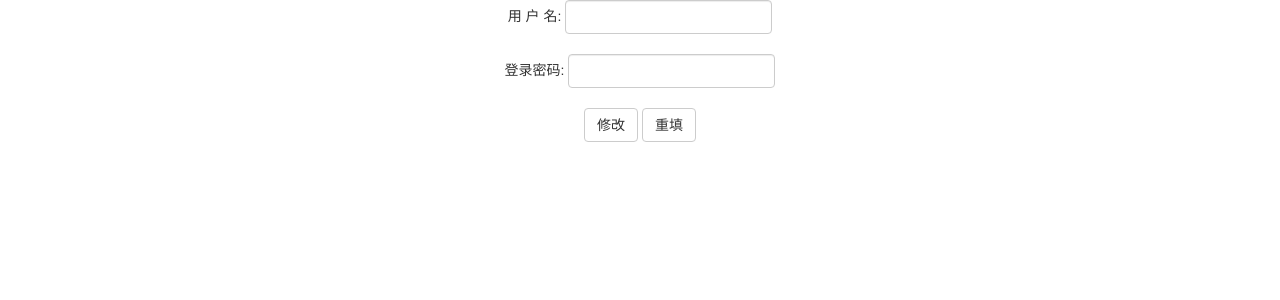
Repository: suxiaohutot/PHP
Page: http://localhost/xiugai.php
The author's editor kept a copy of each file at every save. The page is drawn from the files as they stood at one save, then again after the next save.
The browser window is 1280 px wide. The pictures show the whole page.
The page is run by PHP 8.4 with error messages shown; the project is at /var/www/html/.

Above is the page before, as saved 2019-11-01 08:55:15.

### test/xiugai.php
<html>
<head>
<meta charset="utf-8"/>
<link href="css/bootstrap.min.css" rel="stylesheet" />
	<style type="text/css">
	body{ text-align:center}
	</style>
</head>
</head>
<body>
	<form action="xiugai_chenge.php" method="post" class="container">
	<div class="form-inline">
		<div class="form-group">
			用  户  名:
            <input type="text" name="name" class="form-control"><br><br>
        	登录密码:
            <input type="password" name="password" size="20" maxlength="15" class="form-control"><br><br>

            <input type="submit" value="修改" class="btn btn-default">
            <input type="reset" value="重填" class="btn btn-default">
		</div>
	</div>

    </form>
</body>
</html>

Loaded but not shown: test/css/bootstrap.min.css (library)

After the next save:
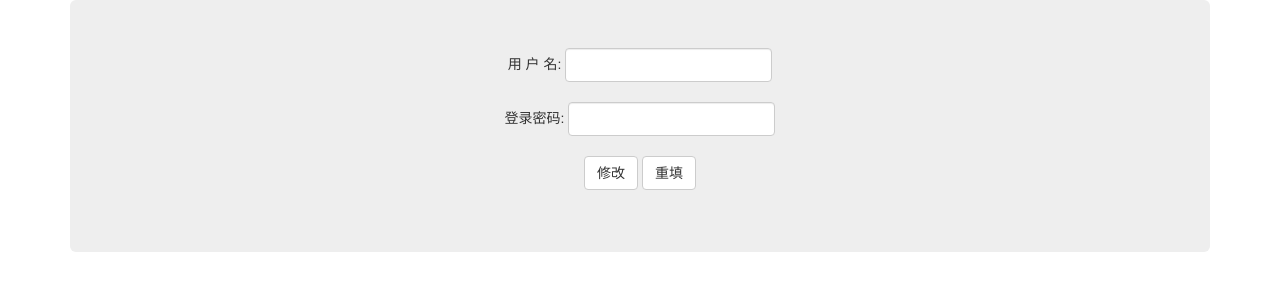
Saved 16 s later.
--- a/test/xiugai.php
+++ b/test/xiugai.php
@@ -8,19 +8,22 @@
 </head>
 </head>
 <body>
-	<form action="xiugai_chenge.php" method="post" class="container">
-	<div class="form-inline">
-		<div class="form-group">
-			用  户  名:
-            <input type="text" name="name" class="form-control"><br><br>
-        	登录密码:
-            <input type="password" name="password" size="20" maxlength="15" class="form-control"><br><br>
+<div class="container">
+	<div class="jumbotron">
+    	<form action="xiugai_chenge.php" method="post" class="container">
+    	<div class="form-inline">
+    		<div class="form-group">
+    			用  户  名:
+                <input type="text" name="name" class="form-control"><br><br>
+            	登录密码:
+                <input type="password" name="password" size="20" maxlength="15" class="form-control"><br><br>
 
-            <input type="submit" value="修改" class="btn btn-default">
-            <input type="reset" value="重填" class="btn btn-default">
-		</div>
-	</div>
-
+                <input type="submit" value="修改" class="btn btn-default">
+                <input type="reset" value="重填" class="btn btn-default">
+    		</div>
+    	</div>
+	   </div>
+</div>
     </form>
 </body>
 </html>
